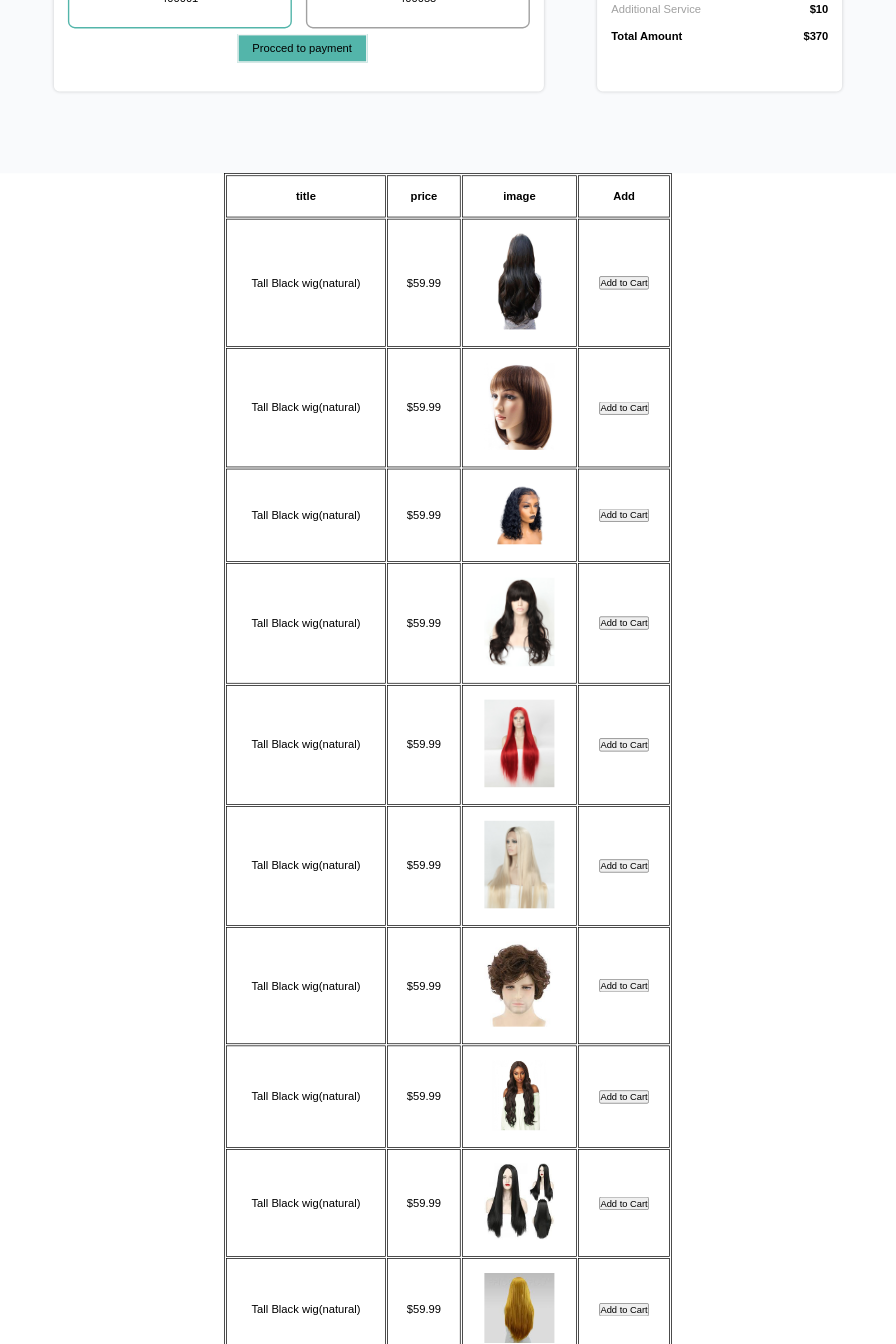
Repository: Zzero202/Zzero202
Page: index.html
These files come from the project's save history. The page is drawn as it stood at one moment and after the next save; the edit follows.
The browser window is 1280 px wide. The pictures show the part of the page from y = 2682 to 4602 px (the page is 5025 px tall), at 70% of full size.
A picture or video elsewhere on the page could not be fetched, so the positions and the page height are approximate.

Above is the page before, as saved 2021-12-09 01:51:09.

After the next save:
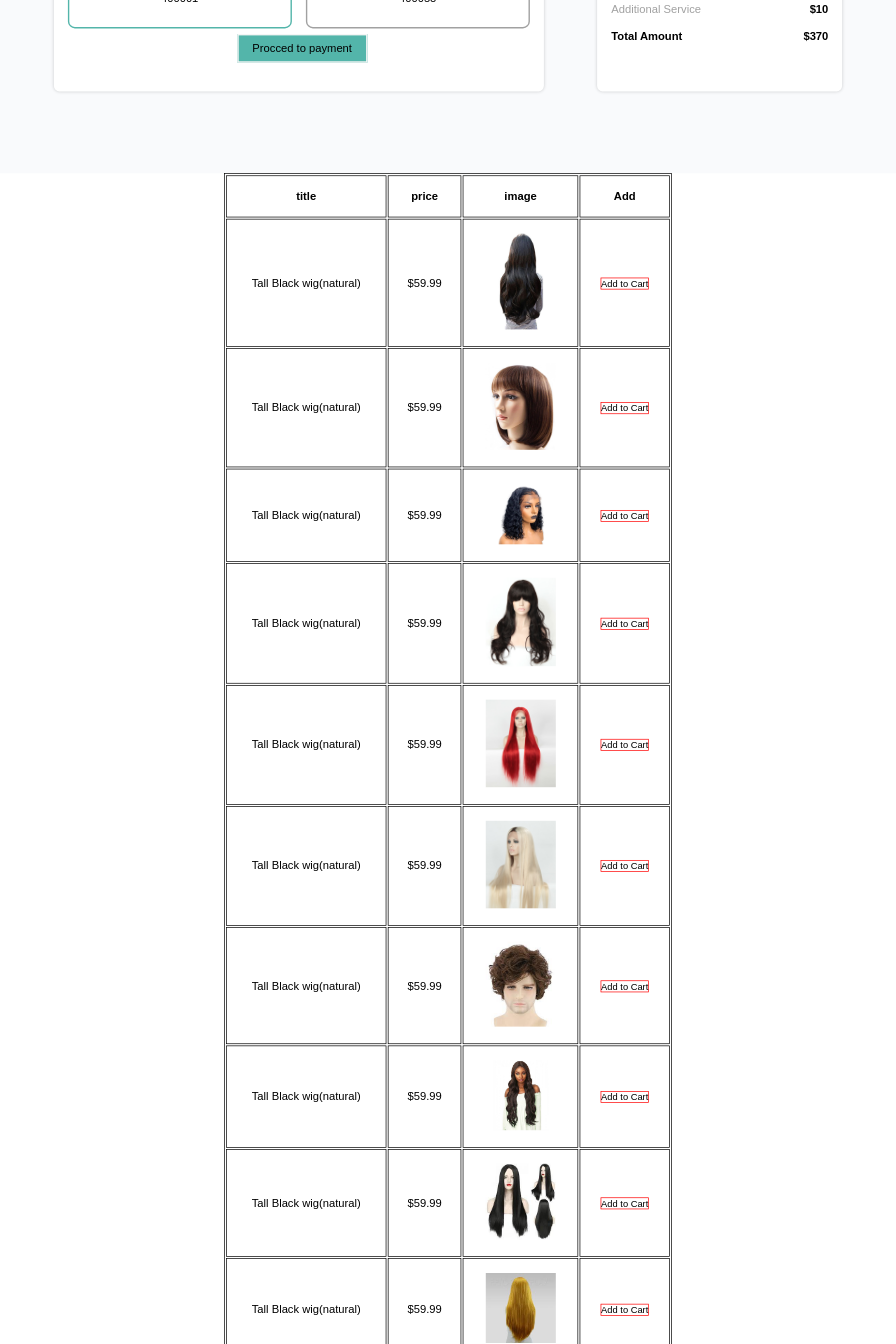
Saved 43 s later.
--- a/index.html
+++ b/index.html
@@ -716,4 +716,9 @@ footer a {
     border: 1px solid black;
     padding:20px;
   }
+  table tr td button{
+    border:1px solid red;
+    background: transparent;
+    border
+  }
 </style>
